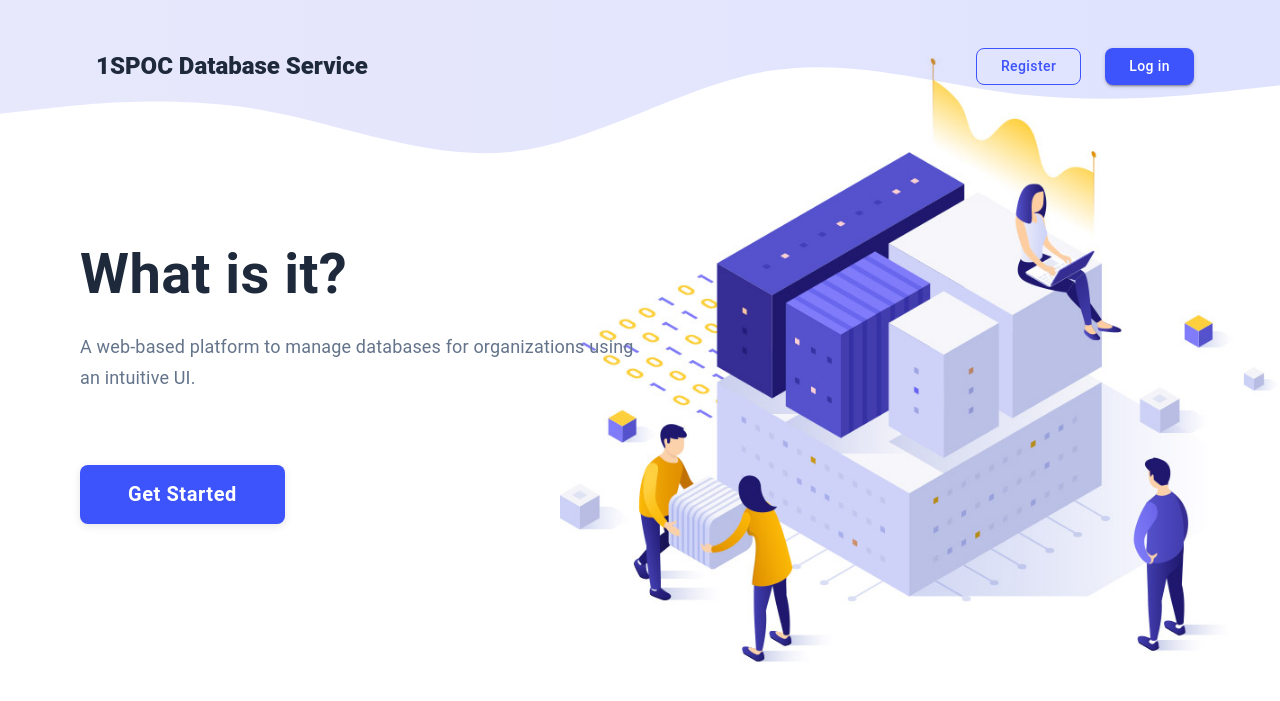
Repository: TanmayVaidya742/DbService
Page: / (app in frontend/)
An editor plug-in stored every save of this project. The page is shown before and after the next save, followed by the edit.
The browser window is 1280 px wide. The pictures show the whole page.
The page's requests for data from a server got no answer. The project was rebuilt for these pictures with package versions that can differ from the ones it lists, and the page was loaded fresh each time. No one was signed in, and anything a server would have sent is missing. Also part of the build but not shown: frontend/src/components/Login.js, frontend/src/components/Register.js, frontend/src/components/Dashboard.js, frontend/src/components/AddDatabaseDialog.js, frontend/src/components/UserDashboard.js, frontend/src/components/Organizations.js, frontend/src/components/EditTableDialog.js, frontend/src/components/CreateTableDialog.js and 3 more.

Above is the page before, as saved 2025-05-08 10:54:52.

After the next save:
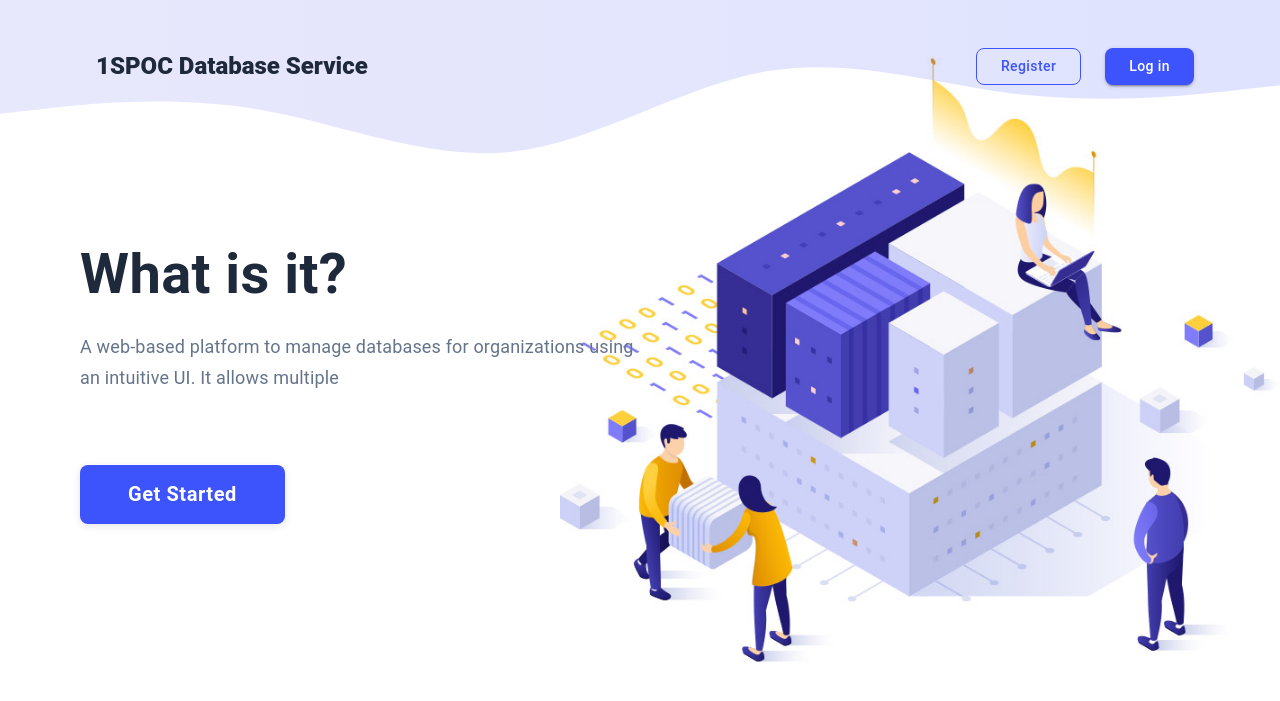
Saved 32 s later.
--- a/frontend/src/components/LandingPage.js
+++ b/frontend/src/components/LandingPage.js
@@ -192,7 +192,7 @@ const LandingPage = () => {
                     whiteSpace: 'normal',
                   }}
                 >
-                  A web-based platform to manage databases for organizations using an intuitive UI.
+                  A web-based platform to manage databases for organizations using an intuitive UI. It allows multiple
                 </Typography>
                 <ButtonGroup
                 sx={{ml: 4}}>
